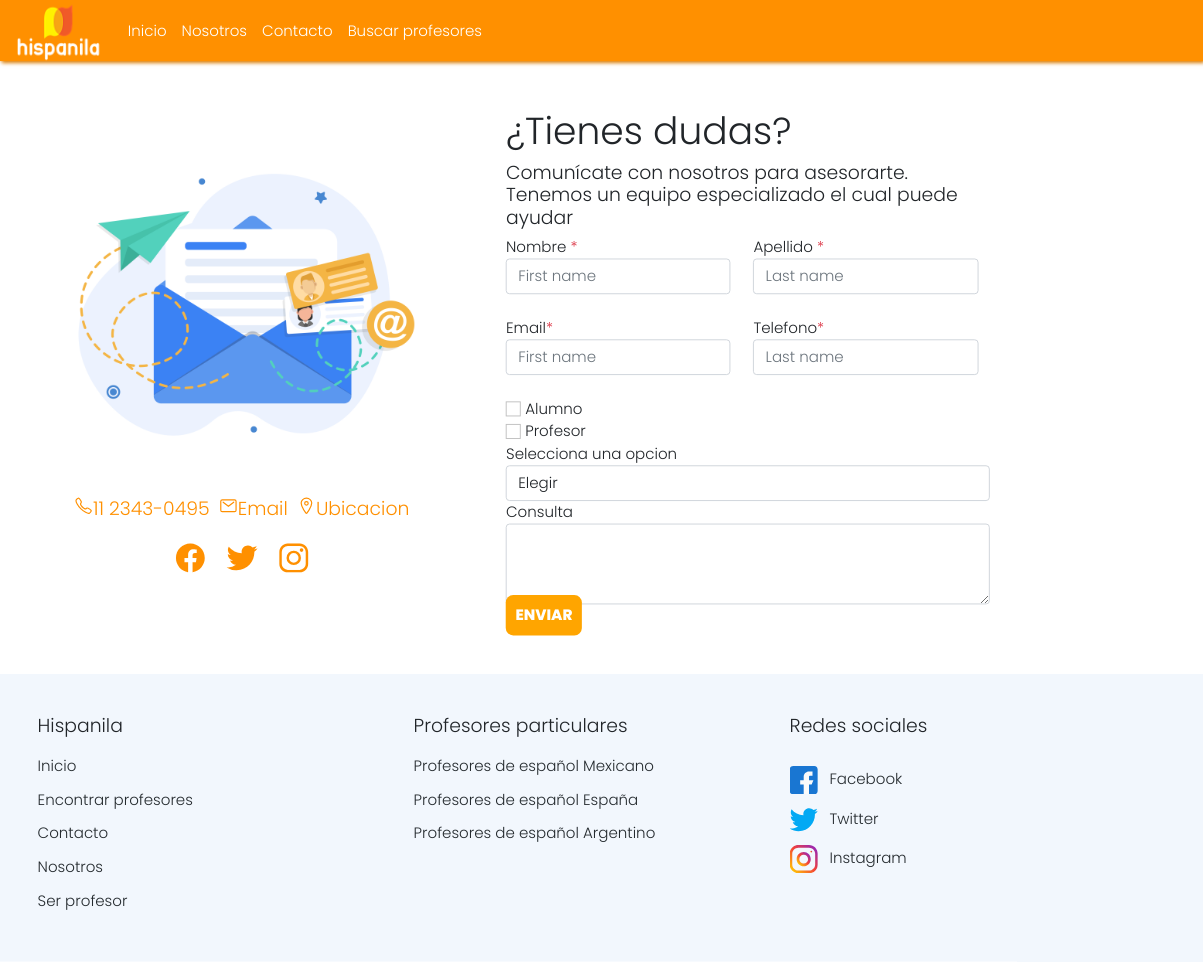
Repository: AgustinGarciaDev/Hispanila
Page: contact.html
The author's editor kept a copy of each file at every save. The page is drawn from the files as they stood at one save, then again after the next save.
The browser window is 1280 px wide. The pictures show the whole page, at 94% of full size.
Some web libraries are served in a nearby version. The style sheet was rebuilt from its Sass, Less or Tailwind sources for each picture, by a compiler version that may differ from the author's.

Above is the page before, as saved 2021-01-29 00:03:52.

After the next save:
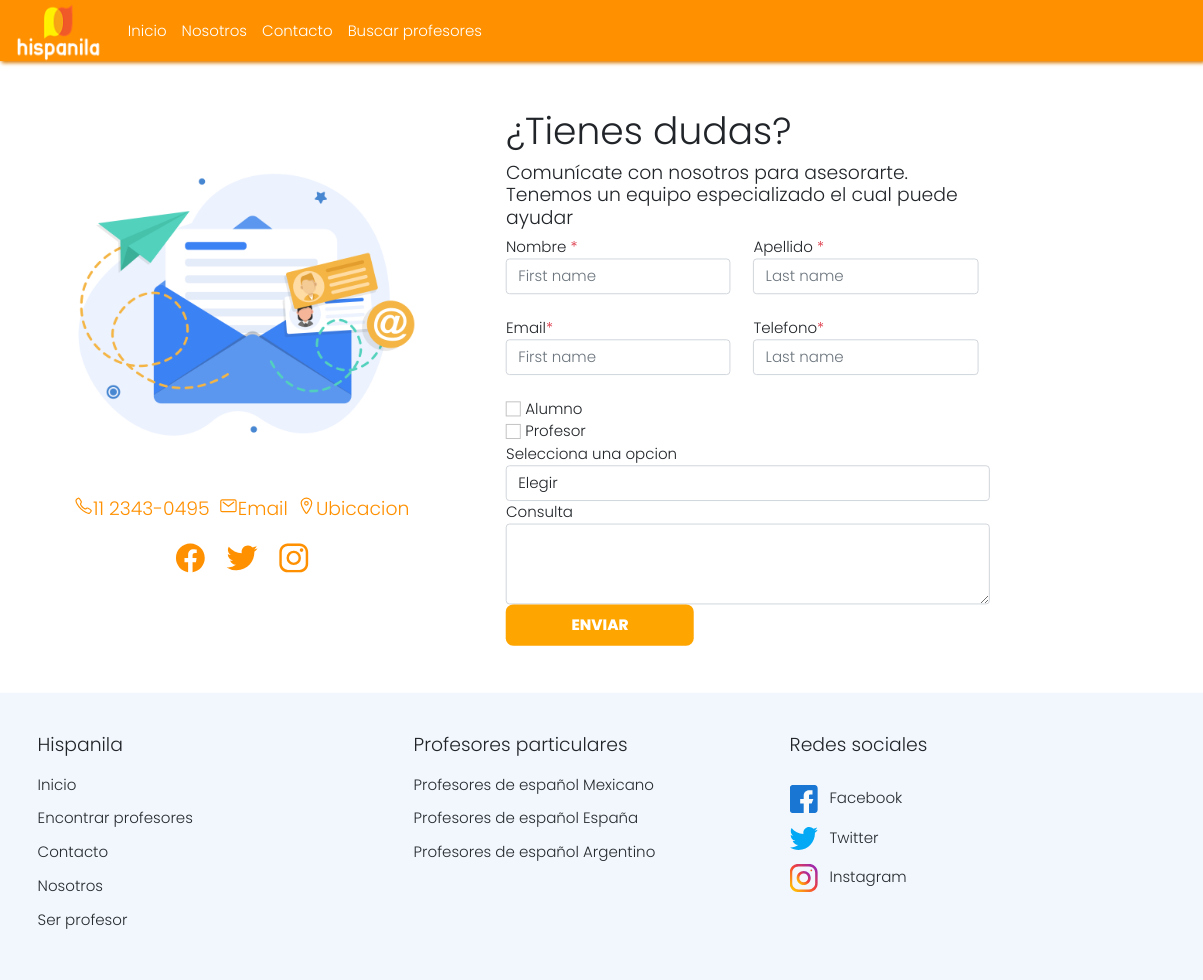
Saved 2 min 17 s later.
--- a/scss/_contac.scss
+++ b/scss/_contac.scss
@@ -46,13 +46,13 @@
     width: 200px;
     color: white;
     padding: 10px;
-    text-align: center;
+    display: flex;
+    justify-content: center;
     text-decoration: none;
     font-size: 'Poppins', sans-serif;
     font-weight: 800;
     border-radius: 8px;
     background-color: orange;
-    margin-bottom: -150px;
 }
 
 @media (max-width: 520px) {
